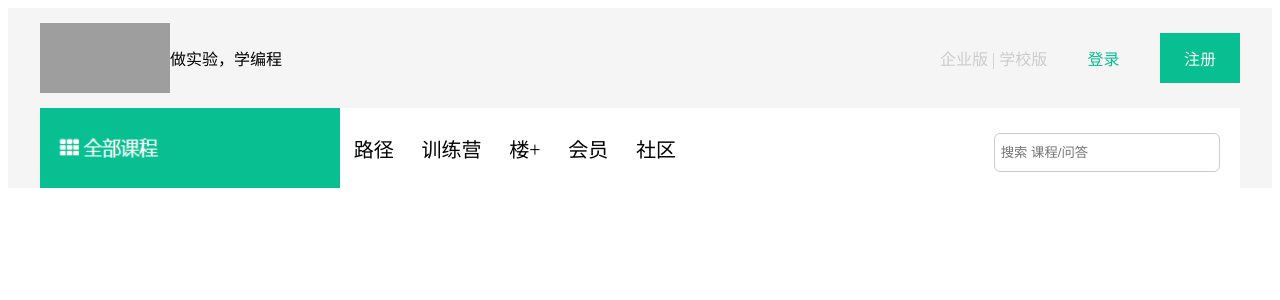
Repository: wuguozheng/xxbb
Page: /
The author's editor kept a copy of each file at every save. The page is drawn from the files as they stood at one save, then again after the next save.
The browser window is 1280 px wide. The pictures show the whole page.
The pointer rests on the first visible `.ki2`.
Pictures or frames that could not be fetched are drawn as grey boxes. The project was rebuilt for these pictures with package versions that can differ from the ones it lists, and the page was loaded fresh each time.

Above is the page before, as saved 2020-06-01 15:01:32.

### src/App.vue
<template>
  <div id="app">

    <router-view/>
  </div>
</template>

<style lang="scss">

</style>

### src/views/Home.vue
<template>
 <div>
    <mxs1></mxs1>
 </div>
</template>

<script>
import Mxs1 from '../components/home/Mxs1'
 export default {
   name: '',
   props: {
   },
   components: {
     Mxs1,
   },
   data () {
     return {

     }
   },
   methods: {

   },
   mounted() {

   },
   watch: {

   },
   computed: {

   }
 }
</script>

<style scoped lang='scss'>

</style>

### src/components/home/Mxs1.vue
<template>
  <div>
    <div class="rap">
      <div class="rap-1">
        <div class="left">
          <img
            data-v-7629dae3
            src="https://static.shiyanlou.com/frontend/dist/img/9f43b00.svg"
            alt="实验楼"
            width="130"
            height="70"
          />
          <div>做实验，学编程</div>
        </div>
        <div class="rap-2">
          <div class="timi-1">企业版 | 学校版</div>
          <div class="timi-2">登录</div>
          <div class="timi">注册</div>
        </div>
      </div>
      <div class="run">
        <img src="../home/QQ截图20200601133655.png" alt="" width="300" height="80">
        <div class="run-1">
          <div class="ki">路径</div>
          <div class="ki2">训练营</div>
          <div class="ki3">楼+</div>
          <div class="ki4">会员</div>
          <div class="ki5">社区</div>
        </div>
        <div class="run-2">
          <input type="text" placeholder=" 搜索 课程/问答" class="run-3">
        </div>
      </div>
    </div>
  </div>
</template>

<script>
export default {
  name: "",
  props: {},
  components: {},
  data() {
    return {};
  },
  methods: {},
  mounted() {},
  watch: {},
  computed: {}
};
</script>

<style scoped lang='scss'>
.rap {
  width: 100%;
  height: 180px;
  background: whitesmoke;
  display: flex;
  justify-content: center;
  align-items: center;
  flex-direction: column;
}
.rap-1 {
  width: 1200px;
  height: 100px;
  background: transparent;
  position: relative;
  display: flex;
  justify-content: center;
  align-items: center;
}
.left {
  position: absolute;
  left: 0;
  display: flex;
  justify-content: center;
  align-items: center;
}
.rap-2 {
  display: flex;
  width: 300px;
  height: 100px;
  background: transparent;
  justify-content: space-between;
  align-items: center;
  position: absolute;
  right: 0;
}
.timi {
  width: 80px;
  height: 50px;
  background: rgb(8, 191, 145);
  display: flex;
  justify-content: center;
  align-items: center;
  color: whitesmoke;
  &:hover {
    cursor: pointer;
  }
}
.timi-1 {
  color: #ccc;
  &:hover {
    cursor: pointer;
    color: rgb(8, 191, 145);
  }
}
.timi-2 {
  color: rgb(8, 191, 145);
  &:hover {
    cursor: pointer;
    color: #ccc;
  }
}
.run {
  width: 1200px;
  height: 80px;
  background: white;
  display: flex;
  position: relative;
}
.run-1 {
  width: 350px;
  height: 80px;
  background: transparent;
  display: flex;
  justify-content: space-around;
  align-items: center;
  font-size: 20px;
  &:hover {
    cursor: pointer;
  }
}
.run-2 {
  position: absolute;
  right: 20px;
  margin-top: 25px;
}
.run-3 {
  width: 220px;
  height: 35px;
  border: 1px solid #ccc;
  border-radius: 6px;
  &:hover{
    outline: none;
    border: 1px solid rgb(8, 191, 145);
  }
}
.ki:hover {
  cursor: pointer;
   color: rgb(8, 191, 145);
}

</style>

Loaded but not shown: src/main.js (common file); src/router/index.js (common file); src/store/index.js (common file)

After the next save:
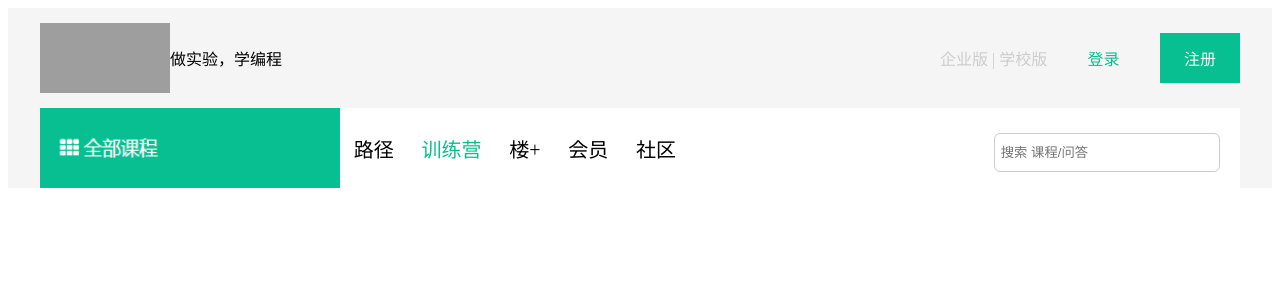
Saved 30 s later.
--- a/src/components/home/Mxs1.vue
+++ b/src/components/home/Mxs1.vue
@@ -150,5 +150,21 @@ export default {
   cursor: pointer;
    color: rgb(8, 191, 145);
 }
+.ki2:hover {
+  cursor: pointer;
+   color: rgb(8, 191, 145);
+}
+.ki3:hover {
+  cursor: pointer;
+   color: rgb(8, 191, 145);
+}
+.ki4:hover {
+  cursor: pointer;
+   color: rgb(8, 191, 145);
+}
+.ki5:hover {
+  cursor: pointer;
+   color: rgb(8, 191, 145);
+}
 
 </style>
